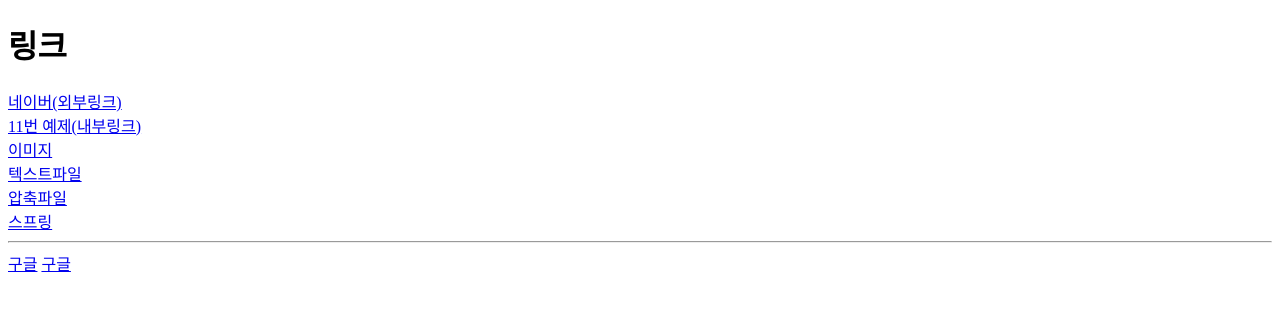
Repository: Hswwwww/WEB
Page: ClientTest/src/main/webapp/html/ex12_link.html
The author's editor kept a copy of each file at every save. The page is drawn from the files as they stood at one save, then again after the next save.
The browser window is 1280 px wide. The pictures show the whole page.

Above is the page before, as saved 2024-03-13 03:17:33.

### ClientTest/src/main/webapp/html/ex12_link.html
<!DOCTYPE html>
<html>
<head>
<meta charset="UTF-8">
<title>Insert title here</title>
</head>
<body>
	<!--

		링크, Link
		- <a>, anchor
		- 쌍태그, 혼합형
		1. Link
		2. Anchor

		a.href
		- 이동할 URL

	 -->

	 <h1>링크</h1>

	 <a href="https://naver.com">네이버(외부링크)</a>
	 <br>
	 <a href ="ex11_list.html">11번 예제(내부링크)</a>
	 <br>
	 <a href ="images/dog.jpg">이미지</a>
	 <br>
	 <a href = "테스트.txt"> 텍스트파일</a>
	 <br>
	 <a href = "html.zip"> 압축파일</a> <!--다운로드 해줌 -->
	 <br>
	 <a href = "https://spring.io"> 스프링</a>
	 <br>

	 <hr>

	 <!--

	 	a.target
	 		- 열거형
	 	1. _blank
	 	2. _self(dafult)
	 	3. _parent
	 	4. -top
	 	3. 프레임명


	  -->

	 <a href = "https://google.com" target="_self">구글</a>
	 <a href = "https://google.com" target="_blank">구글</a>
</body>
</html>

After the next save:
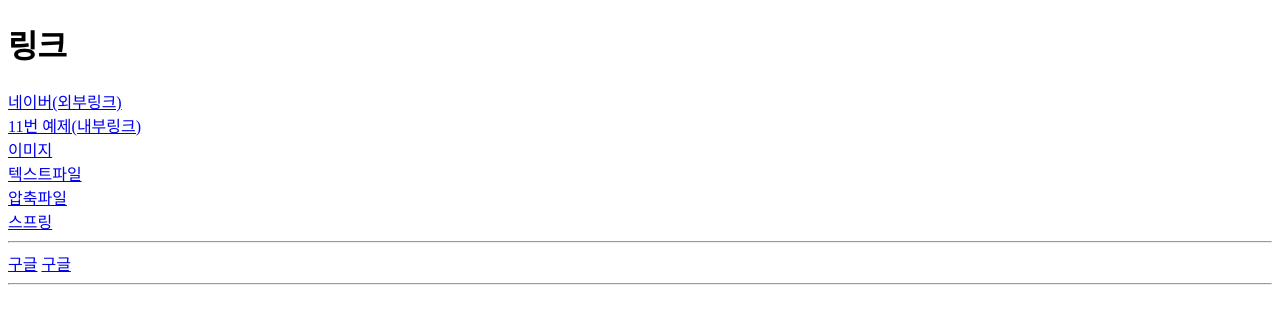
Saved 5 min 15 s later.
--- a/ClientTest/src/main/webapp/html/ex12_link.html
+++ b/ClientTest/src/main/webapp/html/ex12_link.html
@@ -40,15 +40,23 @@
 	 	a.target
 	 		- 열거형
 	 	1. _blank
-	 	2. _self(dafult)
+	 	2. _self(default)
 	 	3. _parent
 	 	4. -top
-	 	3. 프레임명
+	 	5. 프레임명
 
 
 	  -->
 
-	 <a href = "https://google.com" target="_self">구글</a>
-	 <a href = "https://google.com" target="_blank">구글</a>
+	 <a href = "https://google.com" target="_self">구글</a><!-- 현재 창에서 염 -->
+	 <a href = "https://google.com" target="_blank">구글</a> <!-- 새로운 창 열어줌 -->
+
+	<hr>
+
+
+
+
+
+
 </body>
 </html>
